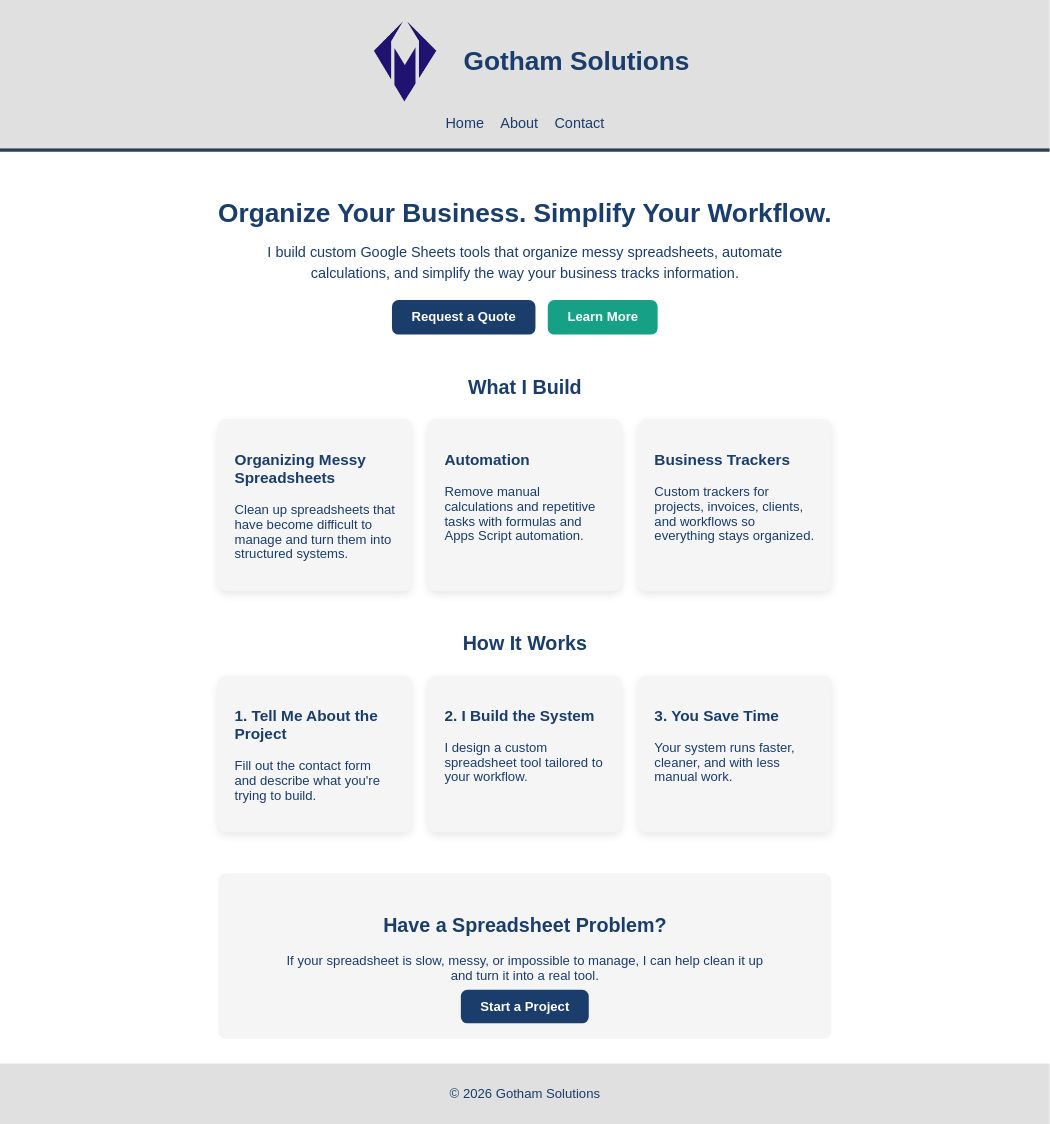
Repository: kmm569/gothamsolutions
Page: index.html
The author's editor kept a copy of each file at every save. The page is drawn from the files as they stood at one save, then again after the next save.
The browser window is 1280 px wide. The pictures show the whole page, at 82% of full size.

Above is the page before, as saved 2026-03-06 10:02:13.

After the next save:
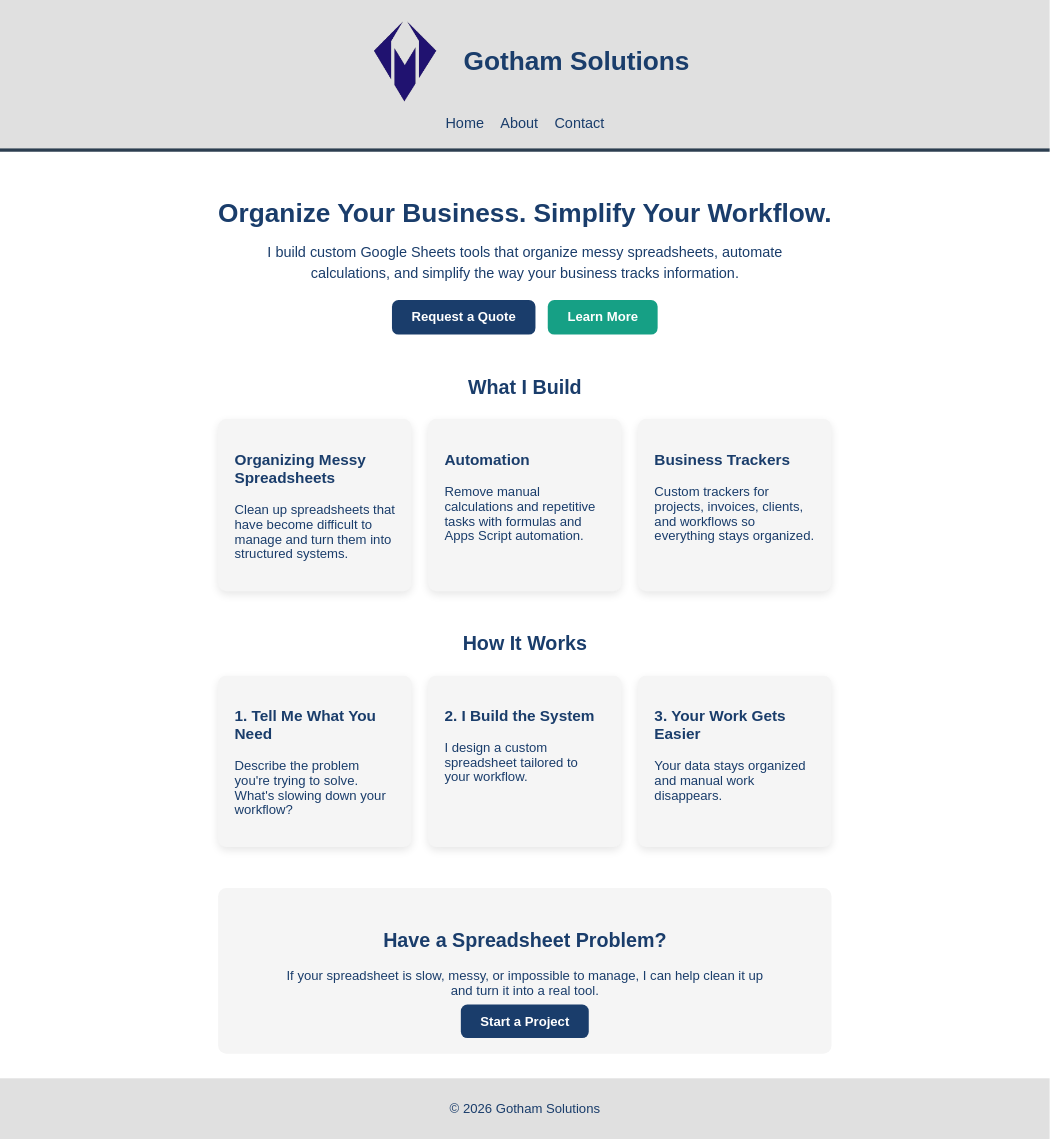
Saved 17 min 53 s later.
--- a/index.html
+++ b/index.html
@@ -95,23 +95,23 @@
 	<div class="process-grid">
 
 		<div class="process-step">
-			<h3>1. Tell Me About the Project</h3>
+			<h3>1. Tell Me What You Need</h3>
 			<p>
-			Fill out the contact form and describe what you're trying to build.
+			Describe the problem you're trying to solve. What's slowing down your workflow?
 			</p>
 		</div>
 
 		<div class="process-step">
 			<h3>2. I Build the System</h3>
 			<p>
-			I design a custom spreadsheet tool tailored to your workflow.
+			I design a custom spreadsheet tailored to your workflow.
 			</p>
 		</div>
 
 		<div class="process-step">
-			<h3>3. You Save Time</h3>
+			<h3>3. Your Work Gets Easier</h3>
 			<p>
-			Your system runs faster, cleaner, and with less manual work.
+			Your data stays organized and manual work disappears.
 			</p>
 		</div>
 
